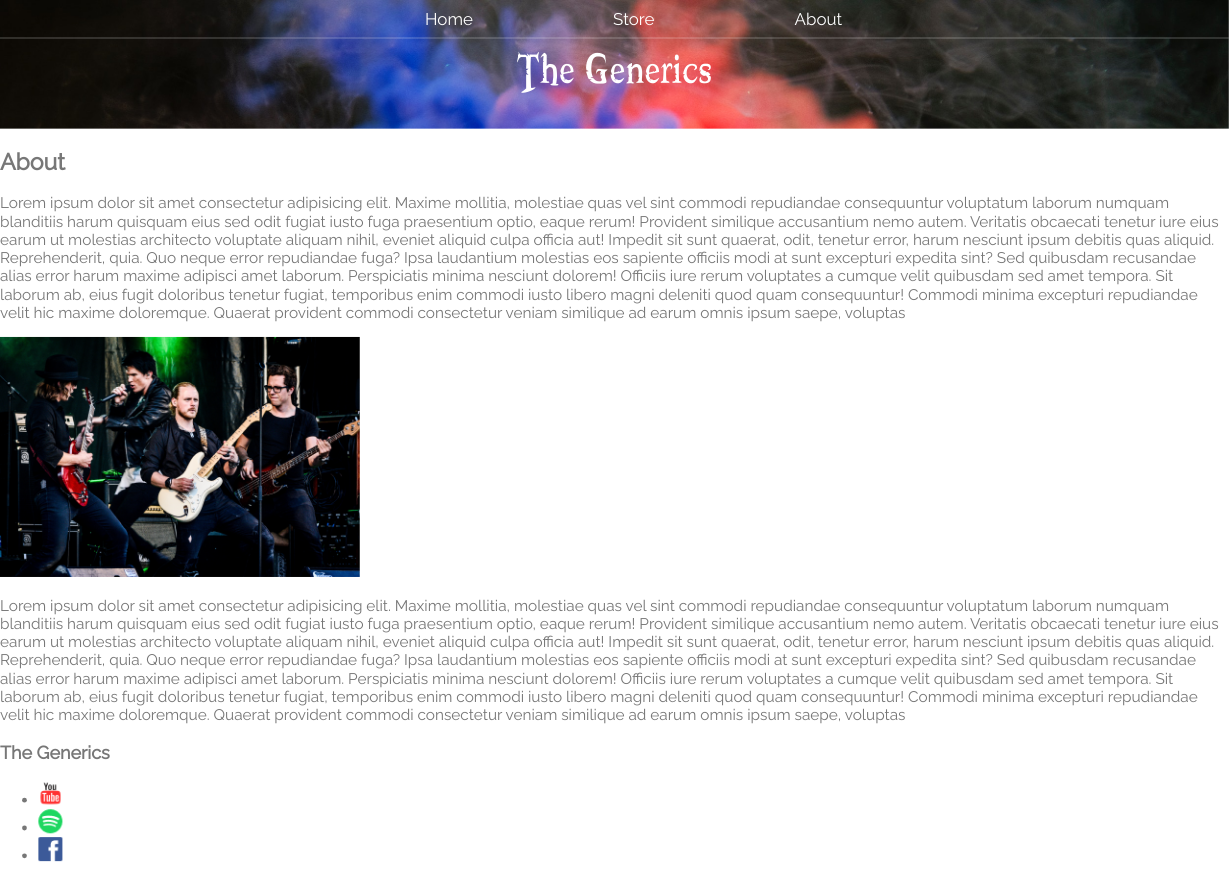
Repository: nazmulhaquep/WebDesign
Page: about.html
An editor plug-in stored every save of this project. The page is shown before and after the next save, followed by the edit.
The browser window is 1280 px wide. The pictures show the whole page, at 96% of full size.

Above is the page before, as saved 2023-11-23 11:28:42.

### about.html
<!DOCTYPE html>
<html lang="en">
<head>
    <meta charset="UTF-8">
    <meta name="viewport" content="width=device-width, initial-scale=1.0">
    <title>The Generics | About</title>
    <meta name="description" content="This is the description">
    <link rel="stylesheet" href="styles.css" />
</head>
<body>
    <header class="main-header">
        <nav class="nav main-nav">
            <ul>
                <li><a href="index.html">Home</a></li>
                <li><a href="store.html">Store</a></li>
                <li><a href="about.html">About</a></li>
            </ul>
        </nav>
        <h1 class="band-name band-name-larger"> The Generics </h1>
    </header>
    <section>
        <h1>About</h1>
        <p> Lorem ipsum dolor sit amet consectetur adipisicing elit. Maxime mollitia,
molestiae quas vel sint commodi repudiandae consequuntur voluptatum laborum
numquam blanditiis harum quisquam eius sed odit fugiat iusto fuga praesentium
optio, eaque rerum! Provident similique accusantium nemo autem. Veritatis
obcaecati tenetur iure eius earum ut molestias architecto voluptate aliquam
nihil, eveniet aliquid culpa officia aut! Impedit sit sunt quaerat, odit,
tenetur error, harum nesciunt ipsum debitis quas aliquid. Reprehenderit,
quia. Quo neque error repudiandae fuga? Ipsa laudantium molestias eos
sapiente officiis modi at sunt excepturi expedita sint? Sed quibusdam
recusandae alias error harum maxime adipisci amet laborum. Perspiciatis
minima nesciunt dolorem! Officiis iure rerum voluptates a cumque velit
quibusdam sed amet tempora. Sit laborum ab, eius fugit doloribus tenetur
fugiat, temporibus enim commodi iusto libero magni deleniti quod quam
consequuntur! Commodi minima excepturi repudiandae velit hic maxime
doloremque. Quaerat provident commodi consectetur veniam similique ad
earum omnis ipsum saepe, voluptas </p>
<img src="images/Band Members.png">
<p> Lorem ipsum dolor sit amet consectetur adipisicing elit. Maxime mollitia,
    molestiae quas vel sint commodi repudiandae consequuntur voluptatum laborum
    numquam blanditiis harum quisquam eius sed odit fugiat iusto fuga praesentium
    optio, eaque rerum! Provident similique accusantium nemo autem. Veritatis
    obcaecati tenetur iure eius earum ut molestias architecto voluptate aliquam
    nihil, eveniet aliquid culpa officia aut! Impedit sit sunt quaerat, odit,
    tenetur error, harum nesciunt ipsum debitis quas aliquid. Reprehenderit,
    quia. Quo neque error repudiandae fuga? Ipsa laudantium molestias eos
    sapiente officiis modi at sunt excepturi expedita sint? Sed quibusdam
    recusandae alias error harum maxime adipisci amet laborum. Perspiciatis
    minima nesciunt dolorem! Officiis iure rerum voluptates a cumque velit
    quibusdam sed amet tempora. Sit laborum ab, eius fugit doloribus tenetur
    fugiat, temporibus enim commodi iusto libero magni deleniti quod quam
    consequuntur! Commodi minima excepturi repudiandae velit hic maxime
    doloremque. Quaerat provident commodi consectetur veniam similique ad
    earum omnis ipsum saepe, voluptas </p>
    </section>
    <footer>
        <h3>The Generics</h3>
        <ul>
            <li><img src="images/YouTube Logo.png"> </li>
            <li><img src="images/Spotify Logo.png"> </li>
            <li><img src="images/Facebook Logo.png"> </li>
        </ul>
    </footer>
</body>
</html>

### styles.css
/* import font*/
@import url('https://fonts.googleapis.com/css2?family=Raleway:ital,wght@0,400;1,300&display=swap');

/* import local font */
@font-face {
    font-family: "Booter - Zero Zero";
    src: url("Fonts/Booter - Zero Zero.woff") format(woff),
         url("fonts/Booter - Zero Zero.woff2") format(woff2);
         font-weight: normal;
         font-style:normal;
}

/* all width and padding adjust with device width */
*{
    box-sizing:border-box;
    font-family: Raleway;
    color:#777;
}

html,body{
   margin:0;
   padding:0;
}

.main-header{
    background-image: url('images/Header Background.jpg');
    background-size: cover;
    padding-bottom: 30px;
}

.nav ul{
    margin:0px;
}

.nav li{
    display:inline;
}

.nav a{
    display: inline-block; /*to apply margin and padding */
    padding: .5em;
    list-style: none;
    text-decoration: none;
    color:white;
}

.main-nav{
    text-align:center;
    font-size:1.1em;
    font-weight: lighter;
    border-bottom: 1px solid rgba(255,255,255, .3);
}

.main-nav li{
    padding:0 5%;
}

.band-name{
    text-align:center;
    margin:0;
    font-size:4em;
    font-family:"Booter - Zero Zero";
    color:#fff;
    font-weight:normal;
}

.band-name-larger{

}

After the next save:
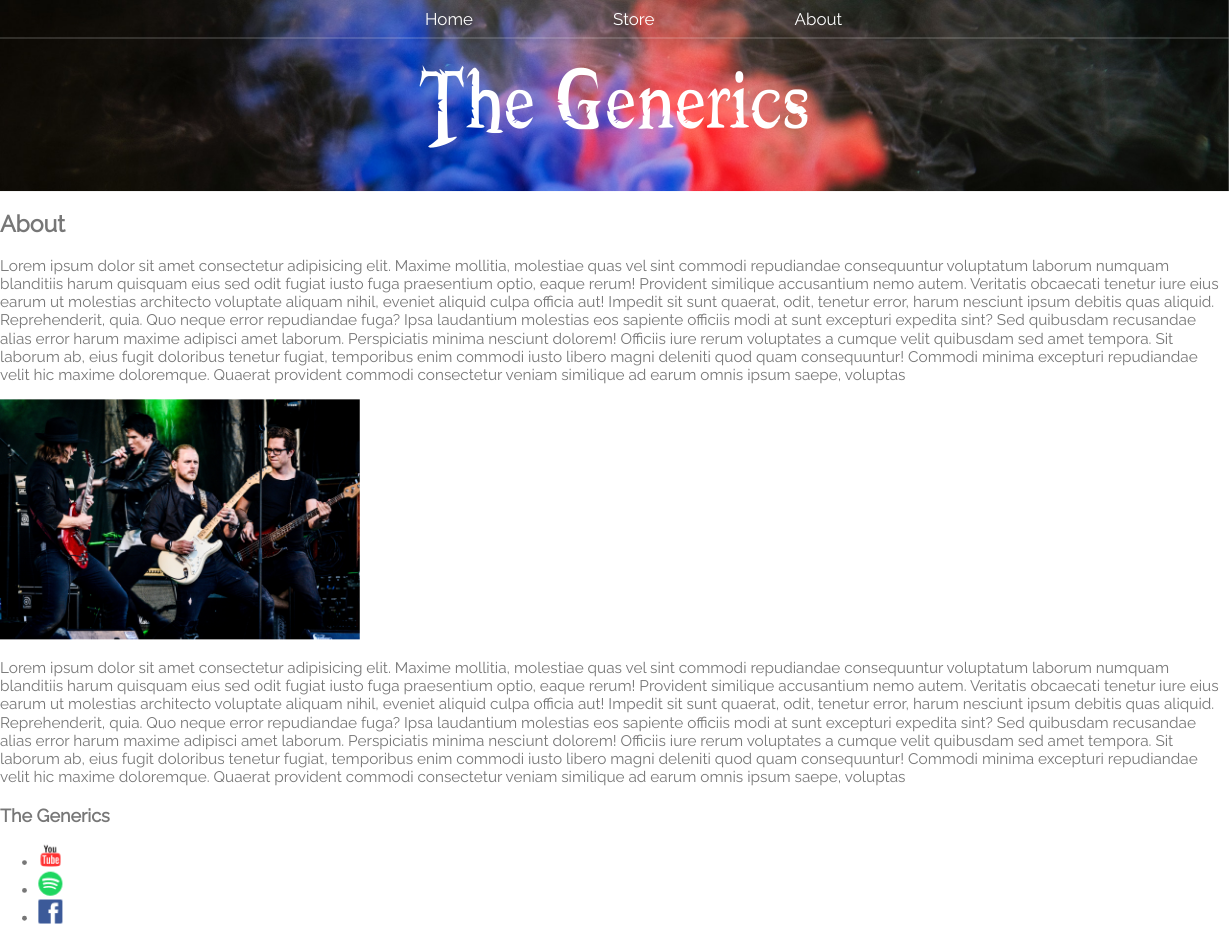
Saved 15 s later.
--- a/styles.css
+++ b/styles.css
@@ -65,5 +65,5 @@ html,body{
 }
 
 .band-name-larger{
-
+    font-size:8em;
 }
